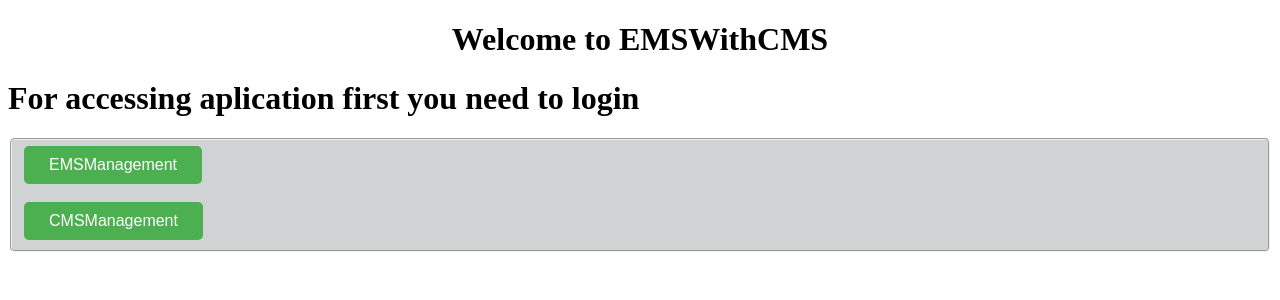
Repository: varnittyagi120/javaproject2
Page: eclipse-workspaceone/CMSWithEMSUsingServletInOptmiseWay/WebContent/index.html
The author's editor kept a copy of each file at every save. The page is drawn from the files as they stood at one save, then again after the next save.
The browser window is 1280 px wide. The pictures show the whole page.

Above is the page before, as saved 2019-11-19 09:21:37.

### eclipse-workspaceone/CMSWithEMSUsingServletInOptmiseWay/WebContent/index.html
<!DOCTYPE html>
<html>
<style>
.button{
  background-color: #4CAF50;
  border: none;
  color: white;
  padding: 10px 25px;
  text-align: center;
  text-decoration: none;
  display: inline-block;
  font-size: 16px;

  border-radius:5px;
}

</style>
<body>
        <center><h1>Welcome to EMSWithCMS</h1></center>
        <h1>For accessing aplication first you need to login</h1>
        <fieldset Style='background-color:#D0D3D4;border-radius:5px;'>
            <le</legend>
			    <a href = "StartOfEMS"><button class="button" >EMSManagement</button></a><br><br>
	 		    <a href = "StartOfCMS"><button class="button" >CMSManagement</button></a>
        </fieldset>
</body>
</html>

After the next save:
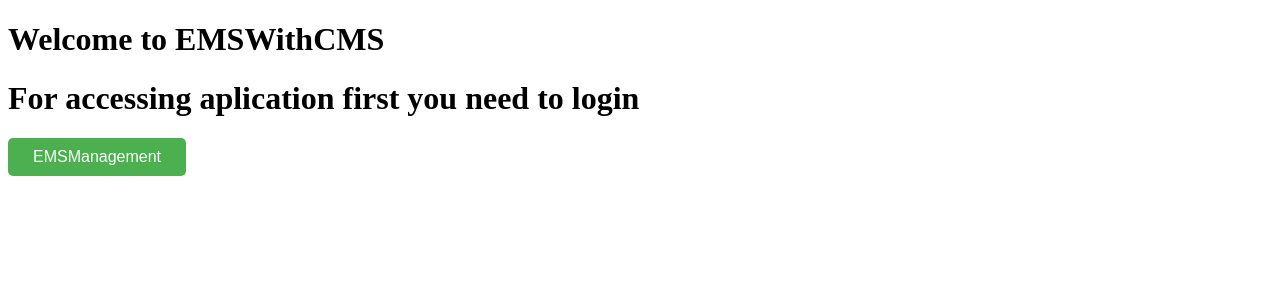
Saved 54 s later.
--- a/eclipse-workspaceone/CMSWithEMSUsingServletInOptmiseWay/WebContent/index.html
+++ b/eclipse-workspaceone/CMSWithEMSUsingServletInOptmiseWay/WebContent/index.html
@@ -16,12 +16,8 @@
 
 </style>
 <body>
-        <center><h1>Welcome to EMSWithCMS</h1></center>
+        <h1>Welcome to EMSWithCMS</h1>
         <h1>For accessing aplication first you need to login</h1>
-        <fieldset Style='background-color:#D0D3D4;border-radius:5px;'>
-            <le</legend>
-			    <a href = "StartOfEMS"><button class="button" >EMSManagement</button></a><br><br>
-	 		    <a href = "StartOfCMS"><button class="button" >CMSManagement</button></a>
-        </fieldset>
+	    <a href = "StartOfEMS"><button class="button" >EMSManagement</button></a><br><br>
 </body>
 </html>
